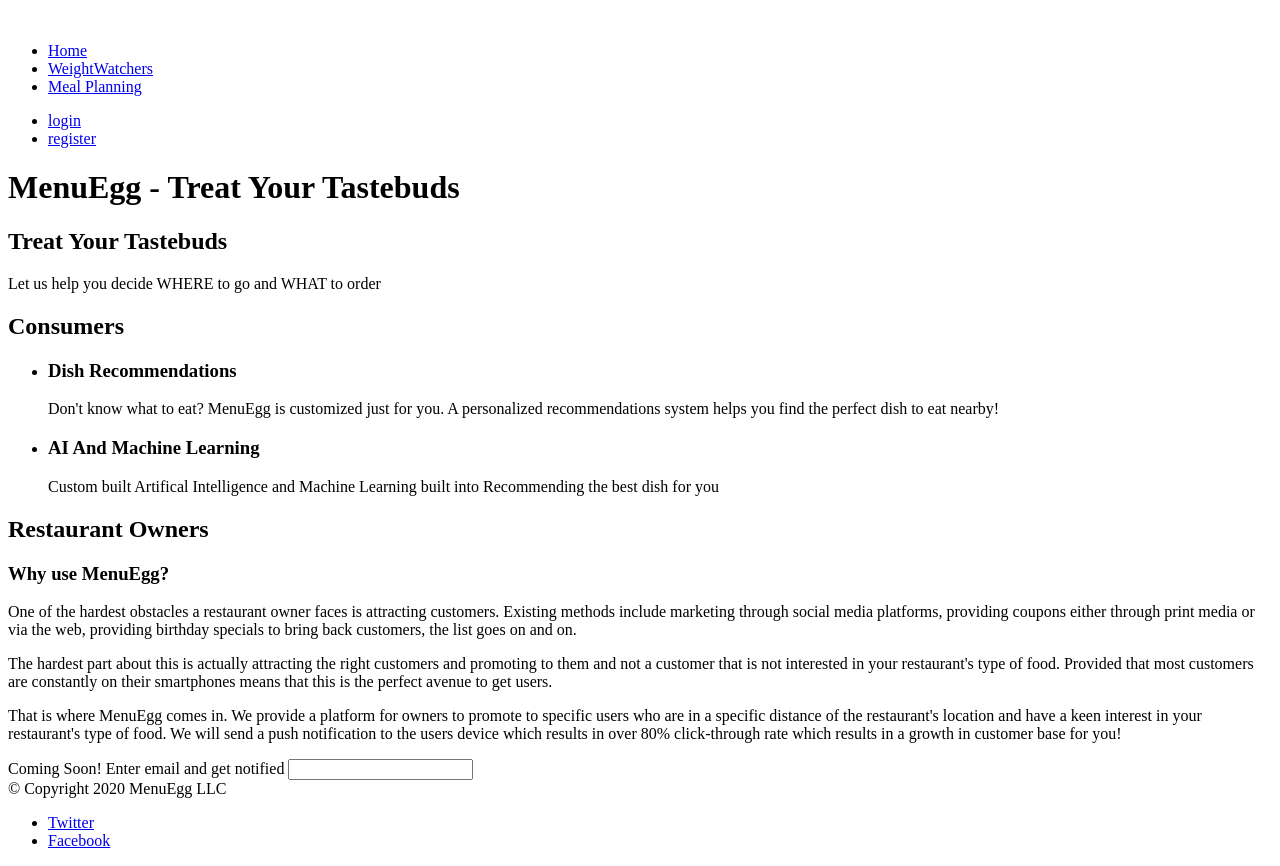
Repository: RobinKite/MenuEgg-test-site
Page: src/index.html
These files come from the project's save history. The page is drawn as it stood at one moment and after the next save; the edit follows.
The browser window is 1280 px wide. The pictures show the whole page.

Above is the page before, as saved 2020-09-16 05:46:17.

### src/index.html
<!DOCTYPE html>
<html lang="en">

<head>
    <meta charset="UTF-8" />
    <meta name="viewport" content="width=device-width, initial-scale=1.0" />
    <meta http-equiv="X-UA-Compatible" content="ie=edge" />
    <title>MenuEgg - Treat Your Tastebuds</title>
</head>

<body>
    <header>
        <nav>
            <a href="#">
                <img src="" alt="">
            </a>

            <ul>
                <li><a href="#">Home</a></li>
                <li><a href="#">WeightWatchers</a></li>
                <li><a href="#">Meal Planning</a></li>
            </ul>

            <ul>
                <li><a href="#">login</a></li>
                <li><a href="#">register</a></li>
            </ul>
        </nav>
    </header>

    <main>
        <h1>MenuEgg - Treat Your Tastebuds</h1>

        <section>
            <h2>Treat Your Tastebuds</h2>
            <span>Let us help you decide WHERE to go and WHAT to order</span>
        </section>
        <section>
            <div>
                <div>
                    <h2>Consumers</h2>
                    <ul>
                        <li>
                            <h3>Dish Recommendations</h3>
                            <p>Don't know what to eat? MenuEgg is customized just for you. A personalized recommendations system helps you find the perfect dish to eat nearby!</p>
                        </li>
                        <li>
                            <h3>AI And Machine Learning</h3>
                            <p>Custom built Artifical Intelligence and Machine Learning built into Recommending the best dish for you</p>
                        </li>
                    </ul>
                </div>
                <div>
                    <h2>Restaurant Owners</h2>
                    <div>
                        <h3>Why use MenuEgg?</h3>
                        <p>One of the hardest obstacles a restaurant owner faces is attracting customers. Existing methods include marketing through social media platforms, providing coupons either through print media or via the web, providing birthday specials
                            to bring back customers, the list goes on and on.</p>
                        <p>The hardest part about this is actually attracting the right customers and promoting to them and not a customer that is not interested in your restaurant's type of food. Provided that most customers are constantly on their smartphones
                            means that this is the perfect avenue to get users.</p>
                        <p>That is where MenuEgg comes in. We provide a platform for owners to promote to specific users who are in a specific distance of the restaurant's location and have a keen interest in your restaurant's type of food. We will send
                            a push notification to the users device which results in over 80% click-through rate which results in a growth in customer base for you!</p>
                    </div>
                </div>
            </div>
            <div>
                <span>Coming Soon!</span>
                <label for="email">Enter email and get notified</label>
                <input type="email" id="email">
            </div>
            <div>

            </div>
            <div>

            </div>
        </section>
        <section>

        </section>
        <section>

        </section>
        <section>

        </section>
        <section>

        </section>
        <section>

        </section>
        <section>

        </section>
        <section>

        </section>
        <section>

        </section>
    </main>

    <footer>
        <span>&#169; Copyright 2020 MenuEgg LLC</span>

        <ul>
            <li><a href="#">Twitter</a></li>
            <li><a href="#">Facebook</a></li>
        </ul>
    </footer>
</body>

</html>

After the next save:
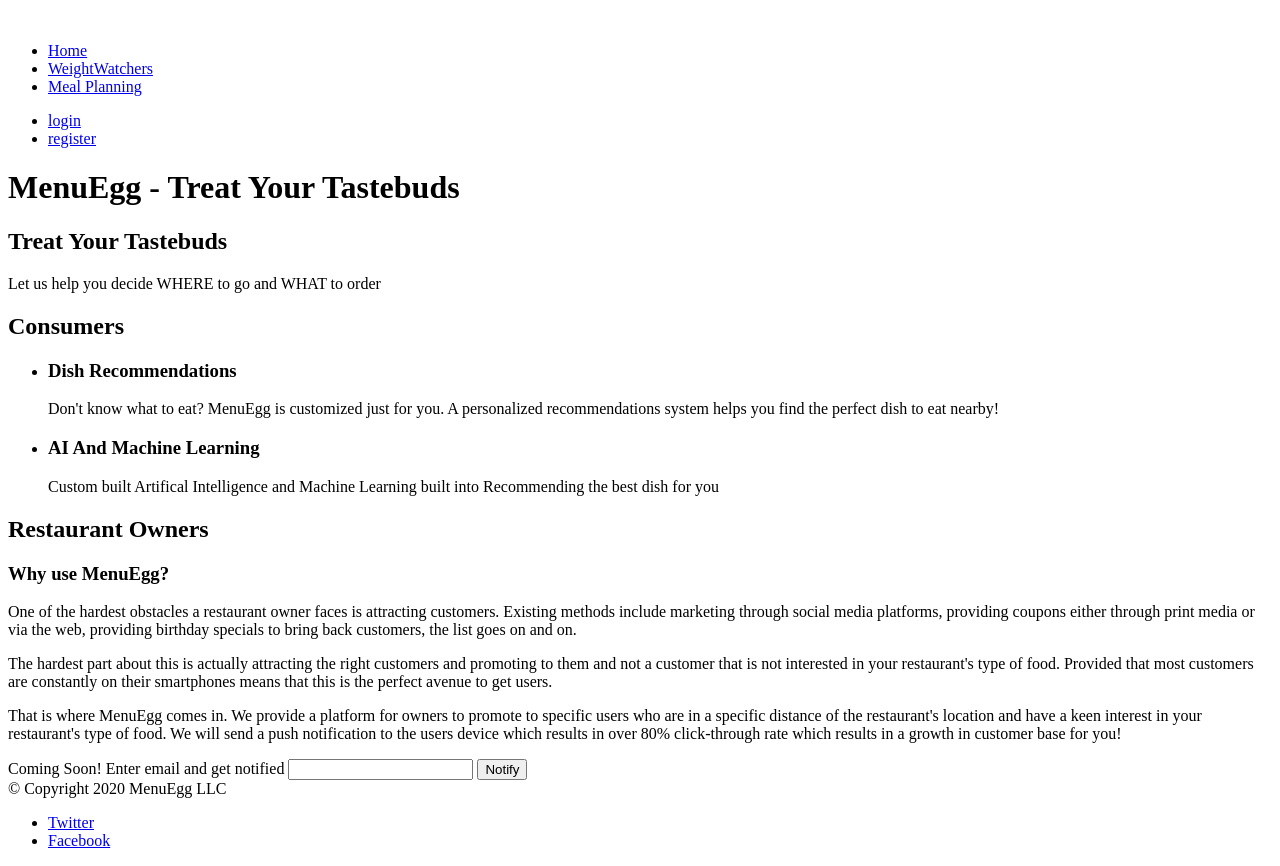
Saved 64 s later.
--- a/src/index.html
+++ b/src/index.html
@@ -67,6 +67,7 @@
                 <span>Coming Soon!</span>
                 <label for="email">Enter email and get notified</label>
                 <input type="email" id="email">
+                <input type="submit" value="Notify">
             </div>
             <div>
 
